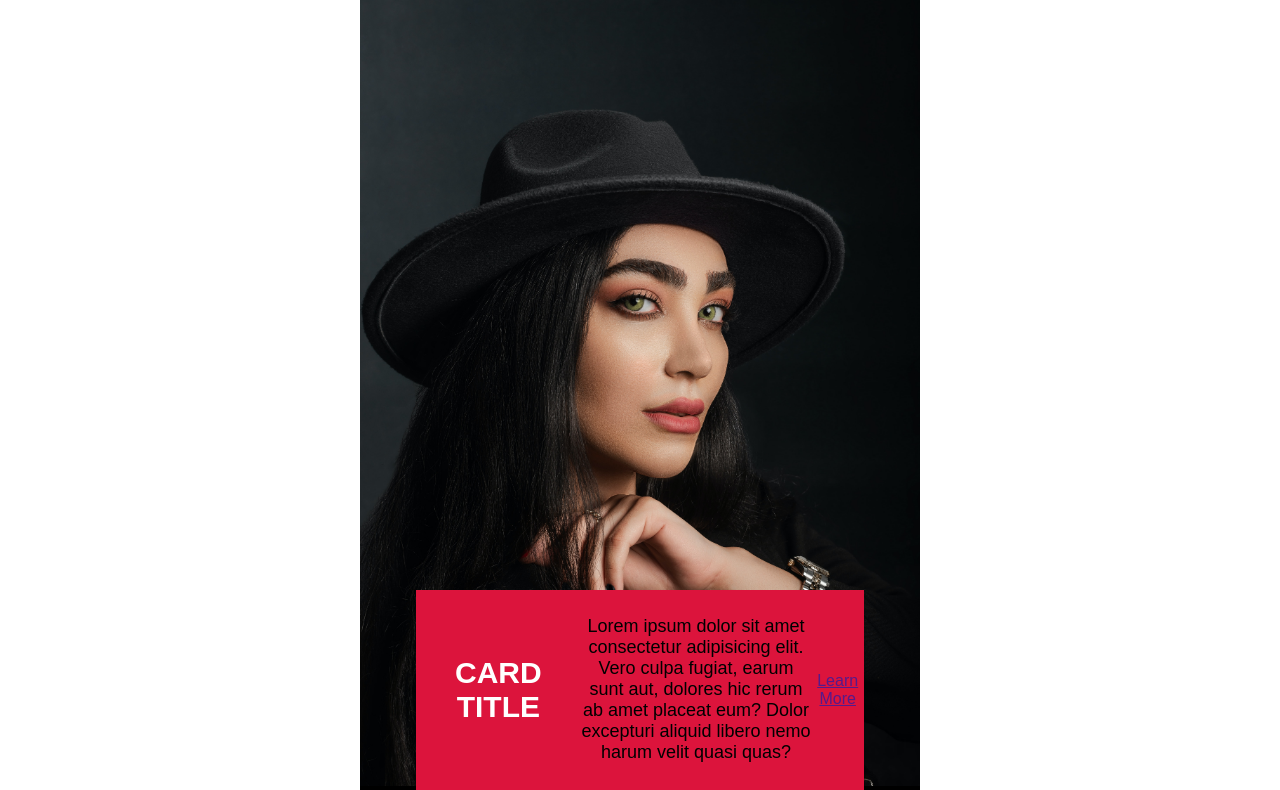
Repository: DevMike1993/100_Projects_HTML_CSS_JAVASCRIPT
Page: 07_Creative_Image_Hover_Effect/03_Effect/index.html
The author's editor kept a copy of each file at every save. The page is drawn from the files as they stood at one save, then again after a run of saves.
The browser window is 1280 px wide. The pictures show the whole page.

Above is the page before, as saved 2023-11-30 12:42:01.

After the next 2 saves:
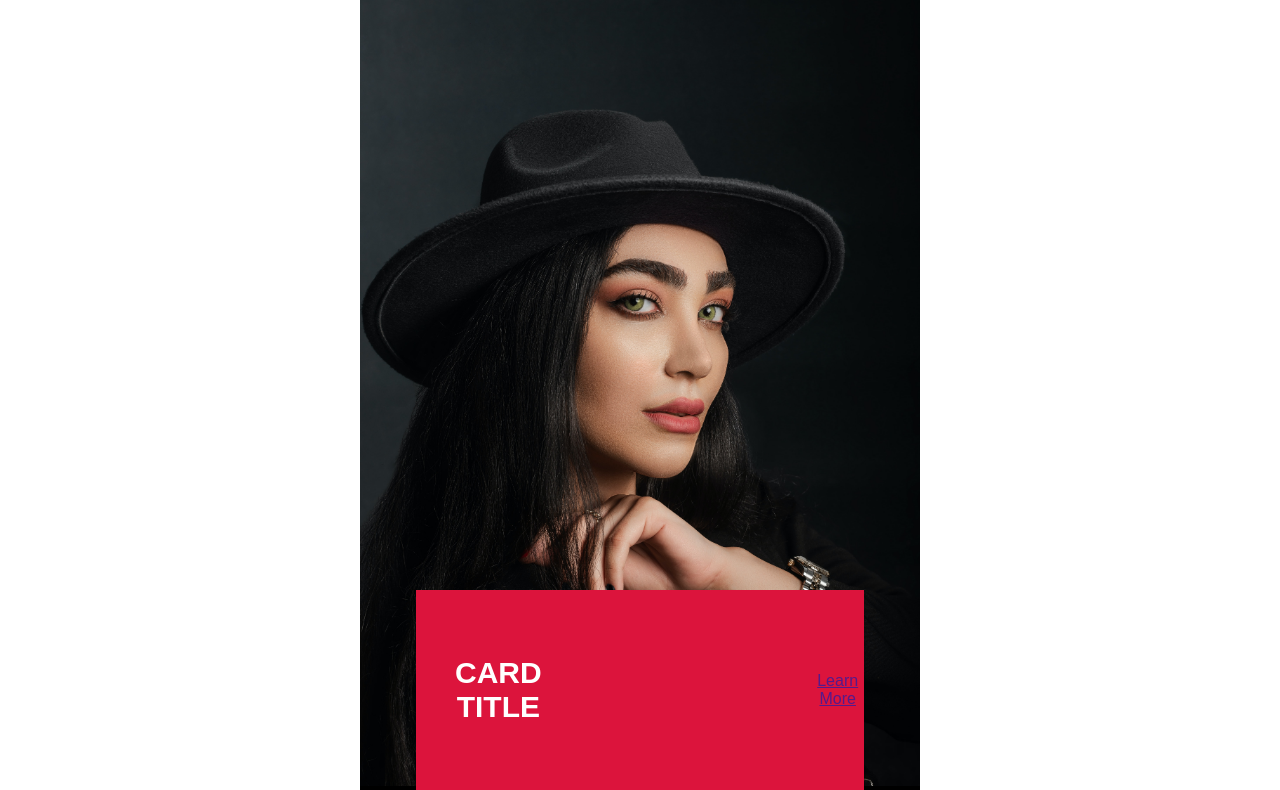
The 2 saves are shown as one change because they came seconds apart.
The last was saved 9 s later.
--- a/07_Creative_Image_Hover_Effect/03_Effect/style.css
+++ b/07_Creative_Image_Hover_Effect/03_Effect/style.css
@@ -42,6 +42,7 @@ p {
     margin: 10px auto;
     font-size: 18px;
     transition: 0.5s;
+    opacity: 0;
 }
 
 img {
